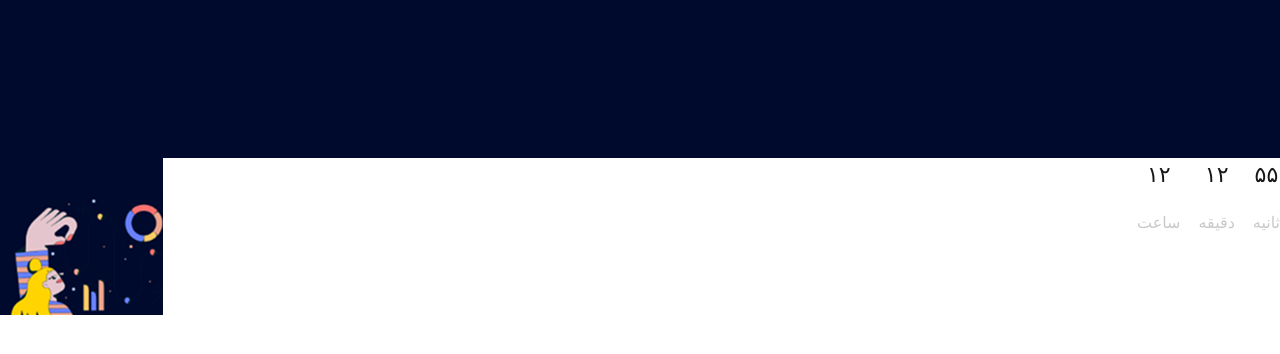
Repository: sinafath/fradars
Page: /
The author's editor kept a copy of each file at every save. The page is drawn from the files as they stood at one save, then again after a run of saves.
The browser window is 1280 px wide. The pictures show the whole page.
The project was rebuilt for these pictures with package versions that can differ from the ones it lists, and the page was loaded fresh each time. The framework's server and built-in components were replaced by stand-ins that run in the browser. Also part of the build but not shown: next.config.ts.

Above is the page before, as saved 2025-09-21 17:55:08.

### src/app/layout.tsx
import type { Metadata } from "next";
import localFont from 'next/font/local'
import "./globals.css";

const myFont = localFont({
  src: '../../public/yekan.ttf',
})


export const metadata: Metadata = {
  title: "Fradars",
  description: "tutoring website",
};

export default function RootLayout({
  children,
}: Readonly<{
  children: React.ReactNode;
}>) {
  return (
    <html lang="fa" dir="rtl" className={myFont.className}>
      <body
      >
        {children}
      </body>
    </html>
  );
}

### src/app/page.tsx
import { Column, Row } from "@/components/core";
import Image from "next/image";

export default function Home() {
  return (
    <div>
      <div className="w-full relative bg-[#000A2D] h-[158px]"></div>
      <Image
        aria-hidden
        className="absolute left-0"
        src="/1.png"
        alt="File icon"
        width={163}
        height={157}
      />
      <Image
        aria-hidden
        className="absolute top-[28px] right-[28px]"
        src="/2.svg"
        alt="File icon"
        width={15}
        height={15}
      />
      <Row className="top-[30px] right=[83px] gap-[18px]" >
        <Column className="gap-[20px] text-center">
          <span className="text-[22px] text-[rgba(191, 79, 67, 1)]">۵۵</span>
          <span className="text-[#C9C9C9] text-[16px]">ثانیه</span>
        </Column >
        <Column className="gap-[20px] text-center">
          <span className="text-[22px] text-[rgba(191, 79, 67, 1)]">۱۲</span>
          <span className="text-[#C9C9C9] text-[16px]">دقیقه</span>
        </Column >
        <Column className="gap-[20px] text-center">
          <span className="text-[22px] text-[rgba(191, 79, 67, 1)]">۱۲</span>
          <span className="text-[#C9C9C9] text-[16px]">ساعت</span>
        </Column >

      </Row>
    </div>
  );
}

### src/components/core.tsx
import { cn } from "@/lib/utils";
import { ReactNode } from "react";

type AlignItems = 'start' | 'center' | 'end' | 'baseline' | 'stretch';
type JustifyContent = 'start' | 'center' | 'end' | 'between' | 'around' | 'evenly';

interface FlexProps {
    children?: ReactNode;
    className?: string;
    align?: AlignItems;
    justify?: JustifyContent;
}

const alignClasses: Record<AlignItems, string> = {
    start: 'items-start',
    center: 'items-center',
    end: 'items-end',
    baseline: 'items-baseline',
    stretch: 'items-stretch',
};

const justifyClasses: Record<JustifyContent, string> = {
    start: 'justify-start',
    center: 'justify-center',
    end: 'justify-end',
    between: 'justify-between',
    around: 'justify-around',
    evenly: 'justify-evenly',
};

interface CenterProps {
    children: ReactNode;
    className?: string;
}

function Center({ children, className }: CenterProps) {
    return (
        <div className={cn('flex items-center justify-center', className)}>
            {children}
        </div>
    );
}

function Row({
    children,
    className,
    align = 'center',
    justify = 'start',
    ...props
}: FlexProps) {
    return (
        <div
            className={cn('flex flex-row', alignClasses[align], justifyClasses[justify], className)}
            {...props}
        >
            {children}
        </div>
    );
}

function Column({
    children,
    className,
    align = 'center',
    justify = 'start',
    ...props
}: FlexProps) {
    return (
        <div
            className={cn('flex flex-col', alignClasses[align], justifyClasses[justify], className)}
            {...props}
        >
            {children}
        </div>
    );
}

export { Column, Center, Row };

Loaded but not shown: src/app/globals.css (common file); src/lib/utils.ts (common file)

After the next 2 saves:
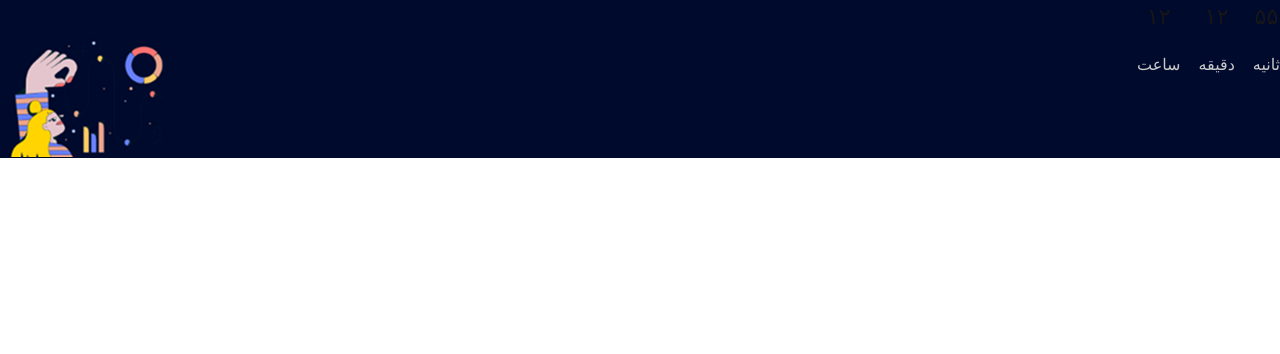
The 2 saves are shown as one change because 1 did not build or start.
The last was saved 17 s later.
--- a/src/app/page.tsx
+++ b/src/app/page.tsx
@@ -4,7 +4,7 @@
 export default function Home() {
   return (
     <div>
-      <div className="w-full relative bg-[#000A2D] h-[158px]"></div>
+      <div className="w-full relative bg-[#000A2D] h-[158px]">
       <Image
         aria-hidden
         className="absolute left-0"
@@ -37,5 +37,6 @@
 
       </Row>
     </div>
+    </div>
   );
 }
